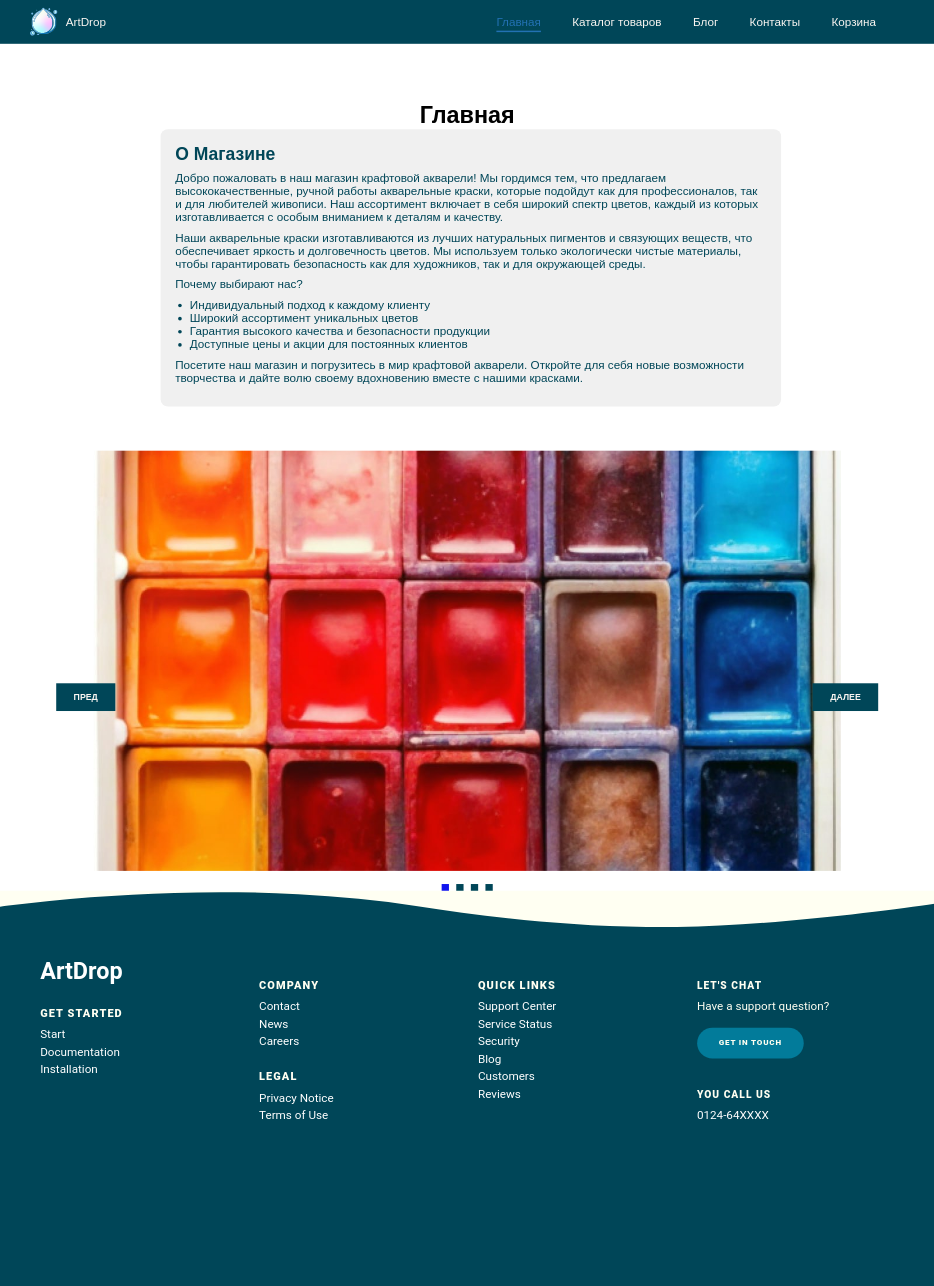
Repository: mnats725/art-drop
Page: index.html
An editor plug-in stored every save of this project. The page is shown before and after the next save, followed by the edit.
The browser window is 1280 px wide. The pictures show the whole page, at 73% of full size.

Above is the page before, as saved 2024-05-21 00:15:09.

### index.html
<!DOCTYPE html>
<html lang="en">
<head>
    <meta charset="UTF-8">
    <meta http-equiv="X-UA-Compatible" content="IE=edge">
    <meta name="viewport" content="width=device-width, initial-scale=1.0">
    <title>ArtDrop</title>
    <link rel="stylesheet" href="./css/style.css">
    <link rel="stylesheet" href="./css/content.css">

</head>
<body>
    <div class="wrapper">
        <header class="header">
            <!-- Шапка -->
            <div class="logo">
                <a href="index.html">
                    <img src="./assets/img/logo.svg" alt="ArtDrop Logo">
                    <span>ArtDrop</span>
                </a>
            </div>
            <!-- Меню сайта -->
            <nav class="nav">
                <ul>
                    <li class="active">Главная</li>
                    <li>Каталог товаров</li>
                    <li>Блог</li>
                    <li>Контакты</li>
                    <li>Корзина</li>
                </ul>
            </nav>
            <!-- Иконка бургерменю -->
            <div class="burger">
                <span></span>
            </div>
        </header>
    </div>

    <div class="content">
        <h1 class="content-title">Главная</h1>
        <section class="store-info">
          <h2>О Магазине</h2>
          <p>Добро пожаловать в наш магазин крафтовой акварели! Мы гордимся тем, что предлагаем высококачественные, ручной работы акварельные краски, которые подойдут как для профессионалов, так и для любителей живописи. Наш ассортимент включает в себя широкий спектр цветов, каждый из которых изготавливается с особым вниманием к деталям и качеству.</p>
          <p>Наши акварельные краски изготавливаются из лучших натуральных пигментов и связующих веществ, что обеспечивает яркость и долговечность цветов. Мы используем только экологически чистые материалы, чтобы гарантировать безопасность как для художников, так и для окружающей среды.</p>
          <p>Почему выбирают нас?</p>
          <ul>
              <li>Индивидуальный подход к каждому клиенту</li>
              <li>Широкий ассортимент уникальных цветов</li>
              <li>Гарантия высокого качества и безопасности продукции</li>
              <li>Доступные цены и акции для постоянных клиентов</li>
          </ul>
          <p>Посетите наш магазин и погрузитесь в мир крафтовой акварели. Откройте для себя новые возможности творчества и дайте волю своему вдохновению вместе с нашими красками.</p>
       </section>
        <main class="carousel-container">
            <div class="carousel">
              <div class="item active">
                <img src="./assets/img/colores/photo_1_2024-05-20_20-57-42.jpg" alt="Image 1" />
              </div>
              <div class="item">
                <img src="./assets//img/colores/photo_2_2024-05-20_20-57-42.jpg" alt="Image 2" />
              </div>
              <div class="item">
                <img src="./assets/img/colores/photo_3_2024-05-20_20-57-42.jpg" alt="Image 3" />
              </div>
              <div class="item">
                <img src="./assets/img/colores/photo_4_2024-05-20_20-57-42.jpg" alt="Image 4" />
              </div>
            </div>
            <button class="btn prev">Пред</button>
            <button class="btn next">Далее</button>
            <br>
            <div class="dots"></div>
          </main>
    </div>

    <div class="pg-footer">
        <footer class="footer">
          <svg class="footer-wave-svg" xmlns="http://www.w3.org/2000/svg" viewBox="0 0 1200 100" preserveAspectRatio="none">
            <path class="footer-wave-path" d="M851.8,100c125,0,288.3-45,348.2-64V0H0v44c3.7-1,7.3-1.9,11-2.9C80.7,22,151.7,10.8,223.5,6.3C276.7,2.9,330,4,383,9.8 c52.2,5.7,103.3,16.2,153.4,32.8C623.9,71.3,726.8,100,851.8,100z"></path>
          </svg>
          <div class="footer-content">
            <div class="footer-content-column">
              <div class="footer-logo">
                <a class="footer-logo-link" href="#">
                  <span class="hidden-link-text">ArtDrop</span>
                  <h1>ArtDrop</h1>
                </a>
              </div>
              <div class="footer-menu">
                <h2 class="footer-menu-name"> Get Started</h2>
                <ul id="menu-get-started" class="footer-menu-list">
                  <li class="menu-item menu-item-type-post_type menu-item-object-product">
                    <a href="#">Start</a>
                  </li>
                  <li class="menu-item menu-item-type-post_type menu-item-object-product">
                    <a href="#">Documentation</a>
                  </li>
                  <li class="menu-item menu-item-type-post_type menu-item-object-product">
                    <a href="#">Installation</a>
                  </li>
                </ul>
              </div>
            </div>
            <div class="footer-content-column">
              <div class="footer-menu">
                <h2 class="footer-menu-name"> Company</h2>
                <ul id="menu-company" class="footer-menu-list">
                  <li class="menu-item menu-item-type-post_type menu-item-object-page">
                    <a href="#">Contact</a>
                  </li>
                  <li class="menu-item menu-item-type-taxonomy menu-item-object-category">
                    <a href="#">News</a>
                  </li>
                  <li class="menu-item menu-item-type-post_type menu-item-object-page">
                    <a href="#">Careers</a>
                  </li>
                </ul>
              </div>
              <div class="footer-menu">
                <h2 class="footer-menu-name"> Legal</h2>
                <ul id="menu-legal" class="footer-menu-list">
                  <li class="menu-item menu-item-type-post_type menu-item-object-page menu-item-privacy-policy menu-item-170434">
                    <a href="#">Privacy Notice</a>
                  </li>
                  <li class="menu-item menu-item-type-post_type menu-item-object-page">
                    <a href="#">Terms of Use</a>
                  </li>
                </ul>
              </div>
            </div>
            <div class="footer-content-column">
              <div class="footer-menu">
                <h2 class="footer-menu-name"> Quick Links</h2>
                <ul id="menu-quick-links" class="footer-menu-list">
                  <li class="menu-item menu-item-type-custom menu-item-object-custom">
                    <a target="_blank" rel="noopener noreferrer" href="#">Support Center</a>
                  </li>
                  <li class="menu-item menu-item-type-custom menu-item-object-custom">
                    <a target="_blank" rel="noopener noreferrer" href="#">Service Status</a>
                  </li>
                  <li class="menu-item menu-item-type-post_type menu-item-object-page">
                    <a href="#">Security</a>
                  </li>
                  <li class="menu-item menu-item-type-post_type menu-item-object-page">
                    <a href="#">Blog</a>
                  </li>
                  <li class="menu-item menu-item-type-post_type_archive menu-item-object-customer">
                    <a href="#">Customers</a></li>
                  <li class="menu-item menu-item-type-post_type menu-item-object-page">
                    <a href="#">Reviews</a>
                  </li>
                </ul>
              </div>
            </div>
            <div class="footer-content-column">
              <div class="footer-call-to-action">
                <h2 class="footer-call-to-action-title"> Let's Chat</h2>
                <p class="footer-call-to-action-description"> Have a support question?</p>
                <a class="footer-call-to-action-button button" href="#" target="_self"> Get in Touch </a>
              </div>
              <div class="footer-call-to-action">
                <h2 class="footer-call-to-action-title"> You Call Us</h2>
                <p class="footer-call-to-action-link-wrapper"> <a class="footer-call-to-action-link" href="tel:0124-64XXXX" target="_self"> 0124-64XXXX </a></p>
              </div>
            </div>
        </footer>
      </div>
    <script>
        document.querySelector('.burger').addEventListener('click', function() {
            this.classList.toggle('active');
            document.querySelector('.nav').classList.toggle('open');
        })
        document.addEventListener("DOMContentLoaded", function () {
  let carousel = document.querySelector(".carousel");
  let items = carousel.querySelectorAll(".item");
  let dotsContainer = document.querySelector(".dots");

  // Insert dots into the DOM
  items.forEach((_, index) => {
    let dot = document.createElement("span");
    dot.classList.add("dot");
    if (index === 0) dot.classList.add("active");
    dot.dataset.index = index;
    dotsContainer.appendChild(dot);
  });

  let dots = document.querySelectorAll(".dot");

  // Function to show a specific item
  function showItem(index) {
    items.forEach((item, idx) => {
      item.classList.remove("active");
      dots[idx].classList.remove("active");
      if (idx === index) {
        item.classList.add("active");
        dots[idx].classList.add("active");
      }
    });
  }

  // Event listeners for buttons
  document.querySelector(".prev").addEventListener("click", () => {
    let index = [...items].findIndex((item) =>
      item.classList.contains("active")
    );
    showItem((index - 1 + items.length) % items.length);
  });

  document.querySelector(".next").addEventListener("click", () => {
    let index = [...items].findIndex((item) =>
      item.classList.contains("active")
    );
    showItem((index + 1) % items.length);
  });

  // Event listeners for dots
  dots.forEach((dot) => {
    dot.addEventListener("click", () => {
      let index = parseInt(dot.dataset.index);
      showItem(index);
    });
  });
});

    </script>
</body>
</html>

### css/style.css
html, body {
    height: 100%;
    width: 100%;
    margin: 0;
    padding: 0;
}

body {
    display: flex;
    flex-direction: column;
    font-family: Arial, "Helvetica Neue", Helvetica, sans-serif;

}

*{
    padding: 0;
    margin: 0;
    box-sizing: border-box;
}

.wrapper{
    flex-grow: 1;
}

.open{
    display: flex !important;
}

.header {
    display: flex;
    align-items: center;
    justify-content: space-between;
    min-height: 60px;
    background-color: #004658;
    color: #FAF6F2;
    padding: 0 40px;
}

.logo a {
    display: flex;
    align-items: center;
    text-decoration: none; /* Убираем подчеркивание ссылки */
    color: inherit; /* Наследуем цвет текста от родительского элемента */
}

.logo img {
    width: 40px; /* Укажите желаемую ширину для логотипа */
    height: auto;
    margin-right: 10px; /* Добавим небольшое расстояние между логотипом и текстом */
}

.nav {
    display: flex;
    width: 600px;
    padding: 0 40px;
}

.nav ul {
    width: 100%;
    list-style: none;
    display: flex;
    justify-content: space-between;
}

.nav ul li {
    position: relative; /* Добавим позиционирование для создания эффекта */
    cursor: pointer; /* Указатель при наведении для обозначения активного элемента */
    transition: color 0.3s ease; /* Анимация при наведении */
}

.nav ul li::after {
    content: '';
    position: absolute;
    bottom: -5px;
    left: 0;
    width: 0; /* Начальное значение нулевой ширины */
    height: 2px;
    background-color: #2271B3; /* Цвет линии */
    transition: width 0.3s ease; /* Анимация изменения ширины */
}

.nav ul li:hover::after {
    width: 100%; /* Увеличиваем ширину линии при наведении */
}

.nav ul li:hover,
.nav ul li.active { /* Изменение цвета текста при наведении и активном состоянии */
    color: #2271B3; /* Цвет текста при наведении и активном состоянии */
}

.nav ul li.active::after {
    content: '';
    position: absolute;
    bottom: -5px;
    left: 0;
    width: 100%;
    height: 2px;
    background-color: #2271B3; /* Цвет подчеркивания активного элемента */
}

* {
    margin: 0;
    padding: 0;
  }
  a {
    color: #fff;
    text-decoration: none;
  }
  .pg-footer {
    font-family: 'Roboto', sans-serif;
  }


  .footer {
      background-color: #004658;
      color: #fff;

  }
  .footer-wave-svg {
      background-color: transparent;
      display: block;
      height: 30px;
      position: relative;
      top: -1px;
      width: 100%;
  }
  .footer-wave-path {
      fill: #fffff2;
  }

  .footer-content {
      margin-left: auto;
      margin-right: auto;
      max-width: 1230px;

      padding: 40px 15px 450px;
      position: relative;
  }

  .footer-content-column {
      box-sizing: border-box;
      float: left;
      padding-left: 15px;
      padding-right: 15px;
      width: 100%;
      color: #fff;
  }

  .footer-content-column ul li a {
    color: #fff;
    text-decoration: none;
  }

  .footer-logo-link {
      display: inline-block;
  }
  .footer-menu {
      margin-top: 30px;
  }

  .footer-menu-name {
      color: #fffff2;
      font-size: 15px;
      font-weight: 900;
      letter-spacing: .1em;
      line-height: 18px;
      margin-bottom: 0;
      margin-top: 0;
      text-transform: uppercase;
  }
  .footer-menu-list {
      list-style: none;
      margin-bottom: 0;
      margin-top: 10px;
      padding-left: 0;
  }
  .footer-menu-list li {
      margin-top: 5px;
  }

  .footer-call-to-action-description {
      color: #fffff2;
      margin-top: 10px;
      margin-bottom: 20px;
  }
  .footer-call-to-action-button:hover {
      background-color: #fffff2;
      color: #00bef0;
  }
  .button:last-of-type {
      margin-right: 0;
  }
  .footer-call-to-action-button {
      background-color: #027b9a;
      border-radius: 21px;
      color: #fffff2;
      display: inline-block;
      font-size: 11px;
      font-weight: 900;
      letter-spacing: .1em;
      line-height: 18px;
      padding: 12px 30px;
      margin: 0 10px 10px 0;
      text-decoration: none;
      text-transform: uppercase;
      transition: background-color .2s;
      cursor: pointer;
      position: relative;
  }
  .footer-call-to-action {
      margin-top: 30px;
  }
  .footer-call-to-action-title {
      color: #fffff2;
      font-size: 14px;
      font-weight: 900;
      letter-spacing: .1em;
      line-height: 18px;
      margin-bottom: 0;
      margin-top: 0;
      text-transform: uppercase;
  }
  .footer-call-to-action-link-wrapper {
      margin-bottom: 0;
      margin-top: 10px;
      color: #fff;
      text-decoration: none;
  }
  .footer-call-to-action-link-wrapper a {
      color: #fff;
      text-decoration: none;
  }





  .footer-social-links {
      bottom: 0;
      height: 54px;
      position: absolute;
      right: 0;
      width: 236px;
  }

  .footer-social-amoeba-svg {
      height: 54px;
      left: 0;
      display: block;
      position: absolute;
      top: 0;
      width: 236px;
  }

  .footer-social-amoeba-path {
      fill: #027b9a;
  }

  .footer-social-link.linkedin {
      height: 26px;
      left: 3px;
      top: 11px;
      width: 26px;
  }

  .footer-social-link {
      display: block;
      padding: 10px;
      position: absolute;
  }

  .hidden-link-text {
      position: absolute;
      clip: rect(1px 1px 1px 1px);
      clip: rect(1px,1px,1px,1px);
      -webkit-clip-path: inset(0px 0px 99.9% 99.9%);
      clip-path: inset(0px 0px 99.9% 99.9%);
      overflow: hidden;
      height: 1px;
      width: 1px;
      padding: 0;
      border: 0;
      top: 50%;
  }

  .footer-social-icon-svg {
      display: block;
  }

  .footer-social-icon-path {
      fill: #fffff2;
      transition: fill .2s;
  }

  .footer-social-link.twitter {
      height: 28px;
      left: 62px;
      top: 3px;
      width: 28px;
  }

  .footer-social-link.youtube {
      height: 24px;
      left: 123px;
      top: 12px;
      width: 24px;
  }

  .footer-social-link.github {
      height: 34px;
      left: 172px;
      top: 7px;
      width: 34px;
  }


  /* Media Query For different screens */
  @media (min-width:320px) and (max-width:479px)  { /* smartphones, portrait iPhone, portrait 480x320 phones (Android) */
    .footer-content {
      margin-left: auto;
      margin-right: auto;
      max-width: 1230px;
      padding: 40px 15px 1050px;
      position: relative;
    }
  }
  @media (min-width:480px) and (max-width:599px)  { /* smartphones, Android phones, landscape iPhone */
    .footer-content {
      margin-left: auto;
      margin-right: auto;
      max-width: 1230px;
      padding: 40px 15px 1050px;
      position: relative;
    }
  }
  @media (min-width:600px) and (max-width: 800px)  { /* portrait tablets, portrait iPad, e-readers (Nook/Kindle), landscape 800x480 phones (Android) */
    .footer-content {
      margin-left: auto;
      margin-right: auto;
      max-width: 1230px;
      padding: 40px 15px 1050px;
      position: relative;
    }
  }
  @media (min-width:801px)  { /* tablet, landscape iPad, lo-res laptops ands desktops */

  }
  @media (min-width:1025px) { /* big landscape tablets, laptops, and desktops */

  }
  @media (min-width:1281px) { /* hi-res laptops and desktops */

  }




  @media (min-width: 760px) {
    .footer-content {
        margin-left: auto;
        margin-right: auto;
        max-width: 1230px;
        padding: 40px 15px 450px;
        position: relative;
    }

    .footer-wave-svg {
        height: 50px;
    }

    .footer-content-column {
        width: 24.99%;
    }
  }
  @media (min-width: 568px) {
    /* .footer-content-column {
        width: 49.99%;
    } */
  }


.burger{
    display: none;
    position: relative;
    z-index: 50;
    align-items: center;
    justify-content: flex-end;
    width: 30px;
    height: 18px;
}

.burger span{
    height: 2px;
    width: 80%;
    transform: scale(1);
    background-color: #FAF6F2;
}

.burger::before, .burger::after{
    content: '';
    position: absolute;
    height: 2px;
    width: 100%;
    background-color: #FAF6F2;
    transition: all 0.3s ease 0s;
}

.burger::before { top: 0 }

.burger::after { bottom: 0 }


/* Добавляем класс active для анимации иконки бургера */
.burger.active span { transform: scale(0) }

.burger.active::before{
    top: 50%;
    transform: rotate(-45deg) translate(0, -50%);
}

.burger.active::after{
    bottom: 50%;
    transform: rotate(45deg) translate(0, 50%);
}


/* При разрешении экрана 900px и ниже, выводим на экран иконку бургера */
@media (max-width: 900px) {

    .burger { display: flex }

    .nav{
        display: none;
        flex-direction: column;
        position: fixed;
        height: 100%;
        width: 100%;
        top: 0; bottom: 0; left: 0; right: 0;
        z-index: 50;
        overflow-y: auto;
        padding: 50px 40px;
        background-color: #388ae7;
        animation: burgerAnimation 0.4s;
    }

    .nav ul{
        flex-direction: column;
        row-gap: 30px;
    }


}

@keyframes burgerAnimation {
    from {opacity: 0}
    to {opacity: 1}
}

### css/content.css
.content {
  padding-top: 80px;
}

.content-title {
  text-align: center;
}

.store-info {
  background-color: #f0f0f0;
  color: #004658;
  padding: 20px;
  border-radius: 10px;
  margin-bottom: 20px;
  margin-left: 220px;
  margin-right: 210px;
}

.store-info h2 {
  color: #004658;
  margin-bottom: 10px;
}

.store-info p,
.store-info ul {
  margin-bottom: 10px;
}

.store-info ul {
  padding-left: 20px;
}

.store-info ul li {
  list-style-type: disc;
}

.carousel-container {
  padding-top: 40px;
  width: 80%;
  height: 70%;
  margin: auto;
  position: relative;
  display: flex;
  flex-direction: column;
  gap: var(--lx-gap);

  .carousel {
    aspect-ratio: 16/9;
    width: 100%;
    position: relative;
    overflow: hidden;

    .item {
      opacity: 0;
      width: 100%;
      height: 100%;
      display: none;
      transition: opacity 0.5s ease-in-out;

      img {
        width: 100%;
        height: 100%;
        object-fit: cover;
        object-position: center;
      }

      .caption {
        width: 100%;
        padding: var(--lx-space-01);
        position: absolute;
        bottom: 0;
        text-transform: uppercase;
        text-align: center;
        font-size: 12px;
        background-color: rgba(0, 0, 0, 0.5);
      }

      &.active {
        opacity: 1;
        display: block;
      }
    }
  }

  .btn {
    padding: 1em 2em;
    position: absolute;
    transform: translateY(-50%);
    top: 50%;
    outline: none;
    border: none;
    cursor: pointer;
    text-transform: uppercase;
    font-size: 12px;
    font-weight: 900;
    color: #FAF6F2;
    background-color: #004658;
    transition: transform 0.2s ease-in-out;

    &:active,
    &:focus {
      transform: translateY(-50%) scale(0.9);
    }

    &:hover {
      transform: translateY(-50%) scale(0.96);
    }
  }

  .prev {
    left: -5%;
  }

  .next {
    right: -5%;
  }

  .dots {
    display: flex;
    align-items: center;
    justify-content: center;
    gap: 10px;

    .dot {
      cursor: pointer;
      height: 10px;
      width: 10px;
      background-color: #004658;
      transition: background-color 0.2s ease;

      &.active,
      &:hover {
        background-color: #1115ee;
      }
    }
  }
}

After the next save:
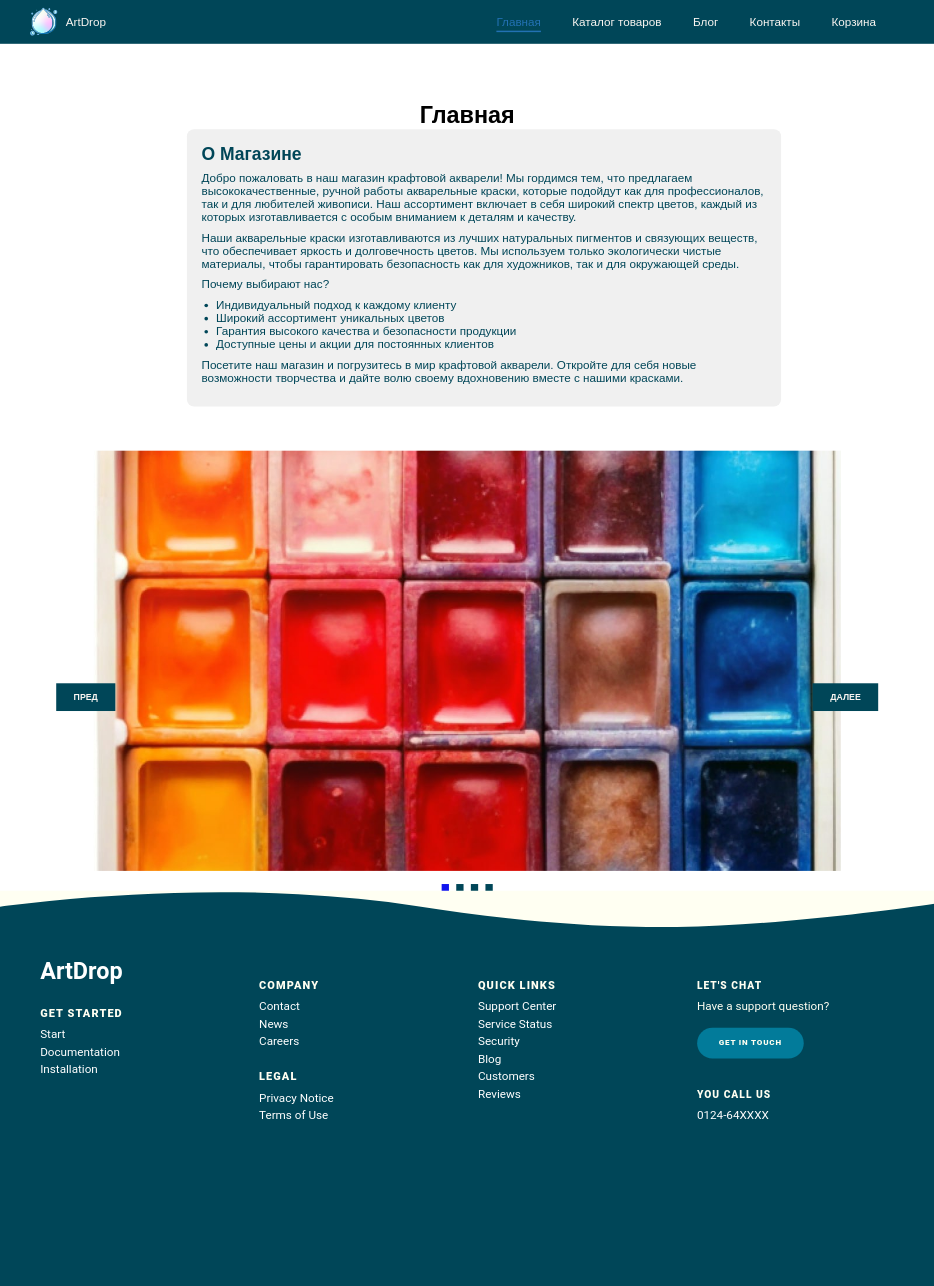
Saved 13 s later.
--- a/css/content.css
+++ b/css/content.css
@@ -12,7 +12,7 @@
   padding: 20px;
   border-radius: 10px;
   margin-bottom: 20px;
-  margin-left: 220px;
+  margin-left: 20%;
   margin-right: 210px;
 }
 
